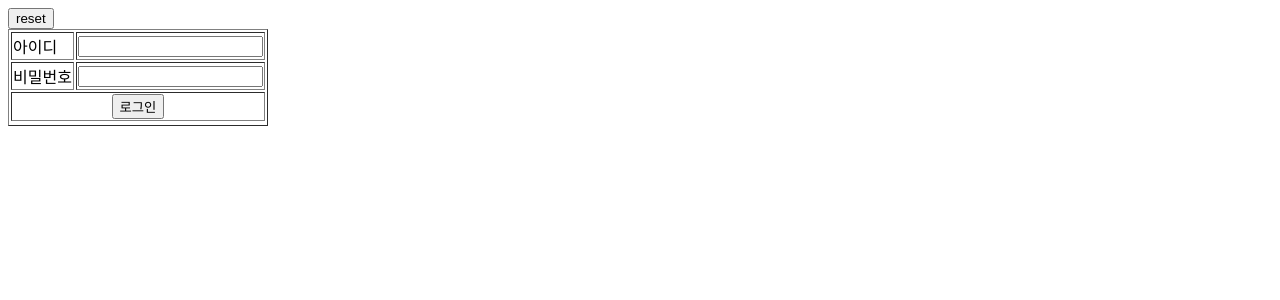
Repository: salee1023/JSP_Practice
Page: HTML_CSS_JS_practice01/src/main/webapp/form_tag.htm
An editor plug-in stored every save of this project. The page is shown before and after the next save, followed by the edit.
The browser window is 1280 px wide. The pictures show the whole page.

Above is the page before, as saved 2021-08-16 11:34:47.

After the next save:
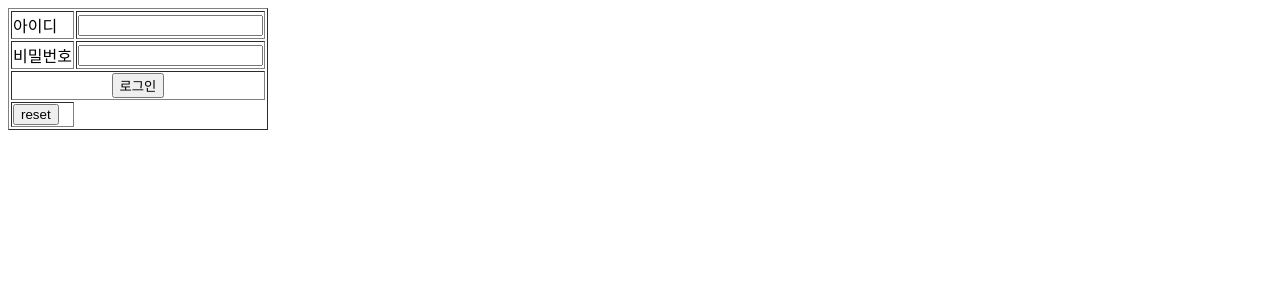
Saved 17 s later.
--- a/HTML_CSS_JS_practice01/src/main/webapp/form_tag.htm
+++ b/HTML_CSS_JS_practice01/src/main/webapp/form_tag.htm
@@ -76,7 +76,7 @@
 				</td>
 			</tr>
 			<tr>
-				<div><input type="reset" value="reset"></div>
+				<td><input type="reset" value="reset"></td>
 			</tr>
 		</table>
 
